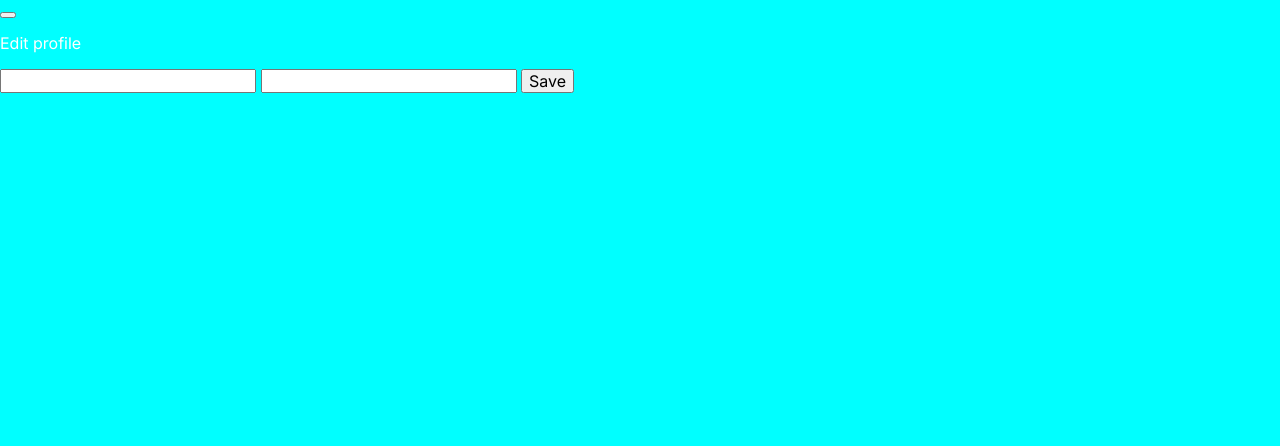
Repository: luisbaezx/se_project_aroundtheus
Page: index.html
These files come from the project's save history. The page is drawn as it stood at one moment and after the next save; the edit follows.
The browser window is 1280 px wide. The pictures show the window.
A layer covers the whole window, so only the first screen is drawn.

Above is the page before, as saved 2024-09-15 14:47:00.

### index.html
<!DOCTYPE html>
<html lang="en">
  <head>
    <meta charset="UTF-8" />
    <meta name="viewport" content="width=device-width, initial-scale=1" />
    <title>Around the U.S</title>
    <meta name="author" content="Luis Baez" />
    <link rel="stylesheet" href="pages/index.css" />
  </head>
  <body class="page">
    <div class="page__content">
      <header class="header page__section">
        <img
          src="./images/logo.svg"
          alt="Around the U.S. Logo"
          class="header__image"
        />
      </header>
      <main class="content">
        <section class="profile page__section">
          <img
            src="./images/jacques-cousteau.jpg"
            alt="Avatar"
            class="profile__image"
          />
          <div class="profile__info">
            <h1 class="profile__title">Jacques Cousteau</h1>
            <button class="profile__edit-button" type="button"></button>
            <p class="profile__description">Explorer</p>
          </div>
          <button class="profile__add-button" type="button"></button>
        </section>
        <section class="cards page__section">
          <ul class="cards__list">
            <li class="card">
              <img
                src="./images/yosemite.jpg"
                alt="Yosemite"
                class="card__image"
              />
              <div class="card__description">
                <h2 class="card__title">Yosemite Valley</h2>
                <button class="card__like-button" type="button"></button>
              </div>
            </li>
            <li class="card">
              <img
                src="./images/lake-louise.jpg"
                alt="Lake Louise"
                class="card__image"
              />
              <div class="card__description">
                <h2 class="card__title">Lake Louise</h2>
                <button class="card__like-button" type="button"></button>
              </div>
            </li>
            <li class="card">
              <img
                src="./images/bald-mountains.jpg"
                alt="Bald Mountains"
                class="card__image"
              />
              <div class="card__description">
                <h2 class="card__title">Bald Mountains</h2>
                <button class="card__like-button" type="button"></button>
              </div>
            </li>
            <li class="card">
              <img
                src="./images/latemar.jpg"
                alt="Laterman"
                class="card__image"
              />
              <div class="card__description">
                <h2 class="card__title">Latemar</h2>
                <button class="card__like-button" type="button"></button>
              </div>
            </li>
            <li class="card">
              <img
                src="./images/vanoise.jpg"
                alt="Vanoise"
                class="card__image"
              />
              <div class="card__description">
                <h2 class="card__title">Vanoise National Park</h2>
                <button class="card__like-button" type="button"></button>
              </div>
            </li>
            <li class="card">
              <img src="./images/lago.jpg" alt="Lago" class="card__image" />
              <div class="card__description">
                <h2 class="card__title">Lago di Braies</h2>
                <button class="card__like-button" type="button"></button>
              </div>
            </li>
          </ul>
        </section>
      </main>
      <footer class="footer">
        <p class="footer__copyright">&copy; 2024 Around The U.S.</p>
      </footer>
    </div>
    <div class="modal">
      <div class="modal_container">
        <button class="modal__close"></button>
        <p class="modal__heading">Edit profile</p>
        <form class="modal__form">
          <input type="text" name="title" />
          <input type="text" name="description" />
          <button class="modal__button">Save</button>
        </form>
      </div>
    </div>
    <script src="./scripts/index.js"></script>
  </body>
</html>

### pages/index.css
@import url("../vendor/normalize.css");
@import url("../vendor/fonts.css");
@import url("../blocks/page.css");
@import url("../blocks/header.css");
@import url("../blocks/profile.css");
@import url("../blocks/cards.css");
@import url("../blocks/card.css");
@import url("../blocks/footer.css");
@import url("../blocks/modal.css");

### blocks/page.css
.page {
  font-family: Inter, Arial, Helvetica, sans-serif;
  background-color: black;
  color: white;
}

.page__section {
  max-width: 880px;
  width: 100%;
  position: relative;
  margin: 0 auto;
}

.page__content {
  display: flex;
  flex-direction: column;
  min-height: 100vh;
  padding: 0 20px;
}
@media screen and (max-width: 450px) {
  .page__section {
    max-width: none;
  }
}

### blocks/header.css
.header {
  margin-top: 45px;
  border-width: 880px;
  border-bottom: 1px solid rgba(84, 84, 84, 0.7);
  padding-bottom: 41px;
}

.header__image {
  width: 173px;
  height: 33px;
}
@media screen and (max-width: 450px) {
  .header {
    margin-top: 28px;
    padding-bottom: 28px;
  }

  .header__image {
    width: 126px;
    height: 24px;
  }
}

### blocks/profile.css
.profile {
  display: flex;
  align-items: center;
  padding-top: 40px;
  min-width: 282px;
}

.profile__info {
  display: grid;
  grid-template-areas:
    "title button"
    "description description";
  grid-template-columns: minmax(auto, 375px) auto;
  margin-right: 12px;
  align-items: center;
  gap: 15px;
}

.profile__edit-button {
  background: transparent url(../images/edit-icon.svg) center no-repeat;
  height: 24px;
  width: 24px;
  grid-area: button;
  border: 1px white solid;
  white-space: nowrap;
  overflow: hidden;
}

.profile__edit-button:hover {
  opacity: 0.6;
  cursor: pointer;
}

.profile__add-button {
  background: transparent url(../images/add-icon.svg) center no-repeat;
  width: 150px;
  height: 50px;
  margin-left: auto;
  border: 2px white solid;
  border-radius: 2px;
  transition: opacity 0.3s ease-in;
}

.profile__add-button:hover {
  opacity: 0.6;
  cursor: pointer;
}
.profile__title {
  font-size: 42px;
  line-height: 48px;
  font-weight: 500;
  grid-area: title;
  margin: 0;
  text-overflow: ellipsis;
  white-space: nowrap;
  overflow: hidden;
}

.profile__description {
  font-size: 18px;
  line-height: 22px;
  font-weight: 400;
  grid-area: description;
  margin: 0;
  text-overflow: ellipsis;
  white-space: nowrap;
  overflow: hidden;
  max-width: 370px;
}

.profile__image {
  height: 120px;
  width: 120px;
  border-radius: 50%;
  object-fit: cover;
  object-position: center;
  margin-right: 24px;
}

@media screen and (max-width: 770px) {
  .profile {
    flex-direction: column;
  }

  .profile__info {
    display: flex;
    flex-wrap: wrap;
    justify-content: center;
    width: 100%;
  }

  .profile__description {
    width: 100%;
    text-align: center;
    margin-bottom: 40px;
  }

  .profile__add-button {
    margin: 0;
    width: 80%;
  }
}

@media screen and (max-width: 450px) {
  .profile {
    justify-content: space-around;
    padding-top: 42;
  }
  .profile__title {
    font-size: 22px;
  }

  .profile__description {
    font-size: 14px;
    line-height: 16.94px;
    margin-bottom: 36px;
  }

  .profile__edit-button {
    width: 18px;
    height: 18px;
    display: flex;
    justify-content: flex-end;
  }

  .profile__add-button {
    width: 282px;
  }

  .profile__image {
    margin: 0;
    min-width: auto;
  }
}

### blocks/cards.css
.cards {
  margin-top: 30px;
  border-radius: 10px;
}

.card__list {
  display: grid;
  justify-content: center;
  grid-template-columns: repeat(auto-fit, 282px);
  grid-gap: 20px 17px;
  padding: 0;
  margin: 0;
}

.card {
  display: flex;
  flex-direction: column;
  list-style: none;
  border-radius: 10px;
  overflow: hidden;
}

.card__image {
  width: 282px;
  height: 282px;
}

.card__title {
  max-width: 220px;
  font-size: 24px;
  font-weight: 900;
  line-height: 29px;
  text-overflow: ellipsis;
  white-space: nowrap;
  overflow: hidden;
  margin: 0;
}

.card__description {
  display: flex;
  background-color: white;
  color: black;
  padding-top: 25px;
  padding-bottom: 25px;
  padding-left: 20px;
  padding-right: 20px;
  align-items: center;
  justify-content: space-between;
}

.card__like-button {
  background: transparent url(../images/like-inactive.svg) center no-repeat;
  width: 21px;
  height: 18px;
  border: none;
  transition: opacity 0.3s ease;
}

.card__like-button:hover {
  opacity: 0.5;
}

### blocks/card.css
.card {
  display: flex;
  flex-direction: column;
  list-style: none;
  border-radius: 10px;
  overflow: hidden;
}

.card__image {
  width: 282px;
  height: 282px;
}

.card__title {
  max-width: 220px;
  font-size: 24px;
  font-weight: 900;
  line-height: 29px;
  text-overflow: ellipsis;
  white-space: nowrap;
  overflow: hidden;
  margin: 0;
}

.card__description {
  display: flex;
  background-color: white;
  color: black;
  padding-top: 25px;
  padding-bottom: 25px;
  padding-left: 20px;
  padding-right: 20px;
  align-items: center;
  justify-content: space-between;
}

.card__like-button {
  background: transparent url(../images/like-active.svg) center no-repeat;
  width: 21px;
  height: 18px;
  border: none;
  transition: opacity 0.3s ease-in;
}

.card__like-button:hover {
  opacity: 0.5;
  cursor: pointer;
}

### blocks/footer.css
.footer {
  width: 100%;
  max-width: 880px;
  margin: 0 auto;
  text-align: left;
}

.footer__copyright {
  color: #545454;
  margin-left: auto;
  margin-right: auto;
  margin-top: 67px;
}

@media screen and (max-width: 600px) {
  .footer {
    max-width: 282px;
  }

  .footer__copyright {
    font-size: 14px;
    margin-top: 40px;
    margin-bottom: 36px;
  }
}

### blocks/modal.css
.modal {
  position: fixed;
  top: 0;
  left: 0;
  bottom: 0;
  right: 0;
  background-color: aqua;
  z-index: 999;
  display: flex;
}

.modal__container {
  background-color: #fff;
  margin: auto;
}

### scripts/index.js
const initialCards = [
  {
    name: "Yosimite Valley",
    link: "https://practicum-content.s3.us-west-1.amazonaws.com/software-engineer/around-project/yosemite.jpg",
  },
  {
    name: "Lake Louise",
    link: "https://practicum-content.s3.us-west-1.amazonaws.com/software-engineer/around-project/lake-louise.jpg",
  },
  {
    name: "Bald Mountains",
    link: "https://practicum-content.s3.us-west-1.amazonaws.com/software-engineer/around-project/bald-mountains.jpg",
  },
  {
    name: "Latemar",
    link: "https://practicum-content.s3.us-west-1.amazonaws.com/software-engineer/around-project/latemar.jpg",
  },
  {
    name: "Vanoise National Park",
    link: "https://practicum-content.s3.us-west-1.amazonaws.com/software-engineer/around-project/vanoise.jpg",
  },
  {
    name: "Lago di Braies",
    link: "https://practicum-content.s3.us-west-1.amazonaws.com/software-engineer/around-project/lago.jpg",
  },
];

console.log(initialCards);

Loaded but not shown: vendor/normalize.css (library); vendor/fonts.css (common file)

After the next save:
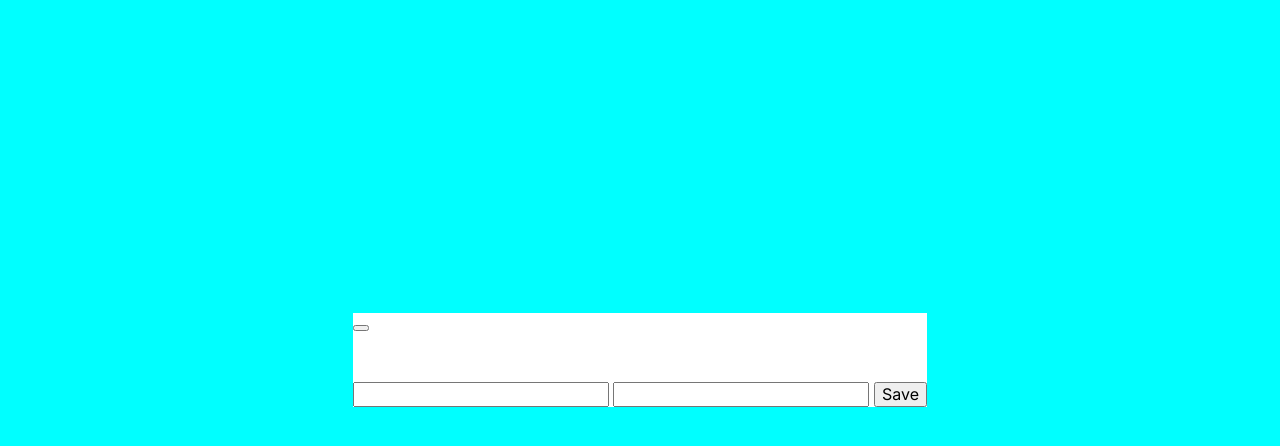
Saved 33 s later.
--- a/index.html
+++ b/index.html
@@ -102,7 +102,7 @@
       </footer>
     </div>
     <div class="modal">
-      <div class="modal_container">
+      <div class="modal__container">
         <button class="modal__close"></button>
         <p class="modal__heading">Edit profile</p>
         <form class="modal__form">
